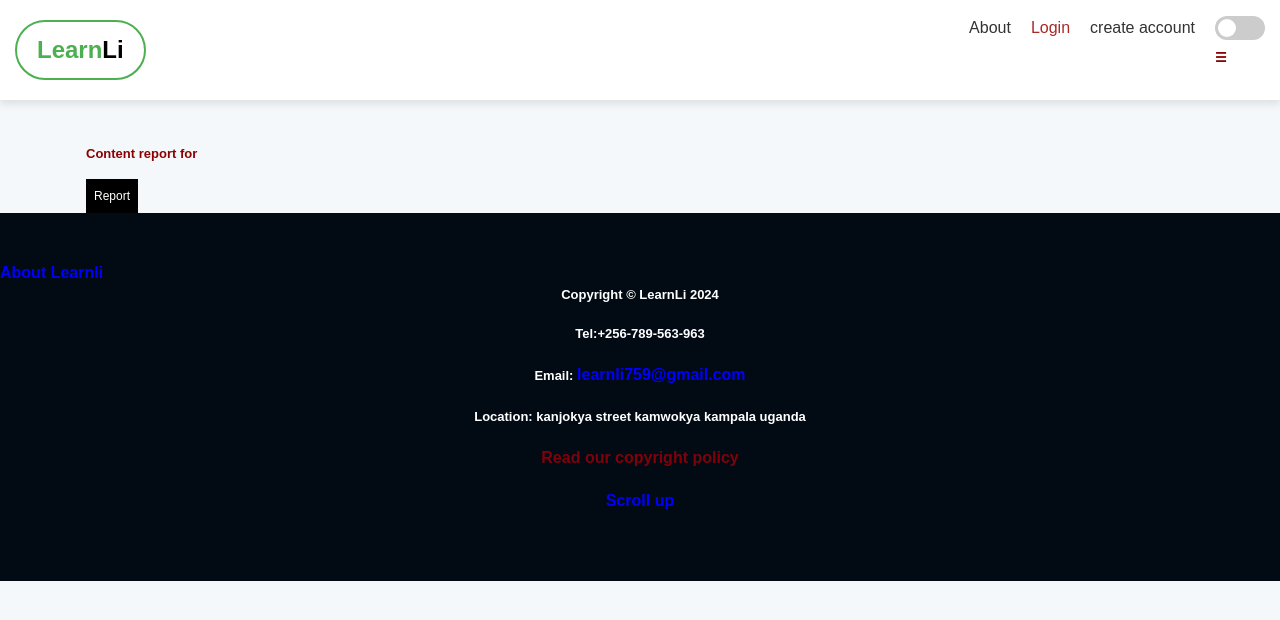
Repository: Learnli23/Learnli
Page: Learnli/users/templates/report.html
The author's editor kept a copy of each file at every save. The page is drawn from the files as they stood at one save, then again after the next save.
The browser window is 1280 px wide. The pictures show the whole page.
The template is drawn by Django 2.2. The application's start-up code is not run. Other server files are loaded and not shown. The template is opened directly, without the code that normally fills it, so the values that code supplies are empty.

Above is the page before, as saved 2024-12-04 21:13:21.

### Learnli/users/templates/report.html
{% extends "base.html" %}
{% block content %}

  <p>Content report for</p>
  <form method="post" enctype="multipart/form-data">
    {% csrf_token %}
    {{ form.as_p }}

    <button type="submit">Report</button>
  </form>

{% endblock %}

### Learnli/users/templates/narvbar.html
{% load static %}


    <!-- Navbar Container -->
    <nav class="navbar">
        <!-- Logo and Brand Name -->
        <div class="navbar-brand">

            <a href="{% url 'home' %}"> <span class="logo-oval">Learn<span class="brand-highlight">Li</span></span> </a>
        </div>

        <!-- Navbar Links for Desktop -->
        <ul class="navbar-links">
            <li class="nav-item">
              {% if user.is_authenticated %}
              <img class="profile-picture" src="{{ user.profile_image.url }}" alt="" >

                <span class="user-name" style = "color:green;" >{{user}}</span>
              {% endif %}
            </li>
          <!-- showing posts and about if the user is loged in or out respectively--->
            {% if user.is_authenticated and user.subscription_active == True %}
            <li><a href="{% url 'blog_list' %}" >Post</a></li>
            {% else %}
            <li><a href="{% url 'about' %}" >About</a></li>
            {% endif %}
         <!-- show user categories if user is logeg in-->
         {% if user.is_authenticated and user.subscription_active == True %}
            <li class="nav_drop_drown"  style="color: #4CAF50;"><a >Users</a>
                <ul class="dropdown">
                    <li><a href="{% url 'students' %}" style="font-size: small;">Students</a></li>
                    <li><a href="{% url 'teachers' %}" style="font-size: small;">Teachers</a></li>
                    <li><a href="{% url 'institutions' %}" style="font-size: small;">Institutions</a></li>
                    <li><a href="{% url 'profiles' %}" style="font-size: small;">All Users</a></li>
                </ul>
            </li>
            <li><a href="{% url 'profile' user.id %}" >My Profile</a></li>
            {% endif %}
          <!-- show the office ,study or depending on the user type-->
          {% if user.is_student and user.subscription_active == True %}
            <li><a>study</a>
                <ul class="dropdown">
                    <li><a href="{% url 'classes' %}" style="font-size: small;">Courses</a></li>
                    <li><a href="{% url 'my_courses' %}" style="font-size: small;">My courses</a></li>
                    <li><a href="{% url 'exams' %}" style="font-size: small;">Exams</a></li>
                    <li><a href="{% url 'answers' %}" style="font-size: small;">Exams Answers</a></li>
                    <li><a href="{% url 'exam_results' %}" style="font-size: small;">Exam Reults</a></li>
                    <li><a href="{% url 'RegisterforExam' %}" style="font-size: small;">Register for Exam</a></li>
                    <li><a href="{% url 'test_answers' %}" style="font-size: small;">Test Answers</a></li>
                    <li><a href="{% url 'test_results' %}" style="font-size: small;">Test Reults</a></li>
                </ul>
            </li>
          <!-- show the  communication elements for aloged in student-->
          <li><a>communication</a>
            <ul class="dropdown">
                <li><a href="{% url 'compose' %}" style="font-size: small;">messages</a></li>
                <li><a href="{% url 'inbox' %}" style="font-size: small;">inbox</a></li>
                <li><a href="{% url 'outbox' %} " style="font-size: small;">outbox</a></li>
                <li><a href="{% url 'calendar' %}" style="font-size: small;">Events</a></li>
                <li><a href="{% url 'add_event' %}" style="font-size: small;">Add event</a></li>
                <li><a href="{% url 'create_blog' %}" style="font-size: small;">create blog</a></li>
            </ul>
        </li>
        <!--show library for the student if loged in-->
        <li><a>Library</a>
          <ul class="dropdown">
              <li><a href="{% url 'profile_library' user.id %}" style="font-size: small;">My Uploaded books</a></li>
              <li><a href="{% url 'book_list' %}" style="font-size: small;">Ebooks</a></li>
              <li><a href="{% url 'content_list' %} " style="font-size: small;">uploaded books</a></li>
              <li><a href="{% url 'upload_content' %}" style="font-size: small;">upload book</a></li>
            </ul>
      </li>
        {% endif %}

        <!---- show office for teacher if loged in--->
        {% if user.is_teacher and user.subscription_active == True %}
        <li><a>office</a>
          <ul class="dropdown">
              <li><a href="{% url 'classes' %}" style="font-size: small;">Courses</a></li>
              <li><a href="{% url 'my_courses' %}" style="font-size: small;">My courses</a></li>
              <li><a href="{% url 'create_class' %}" style="font-size: small;">create course</a></li>
              <li><a href="{% url 'subjects' %}" style="font-size: small;">course units</a></li>
              <li><a href="{% url 'create_subject' %} " style="font-size: small;">create course unit</a></li>
              <li><a href="{% url 'lessons' %}" style="font-size: small;">lessons</a></li>
              <li><a href="{% url 'create_lesson' %}" style="font-size: small;">create lesson</a></li>

          </ul>
      </li>
      <!--show teacher's library if loged in-->
      <li><a>Library</a>
        <ul class="dropdown">
          <li><a   href="{% url 'profile_books' user.id %}"  style="  font-size: small;">  My Ebooks </a></li>
          <li><a   href="{% url 'profile_library' user.id %}" style=" font-size: small;"> My Uploaded books</a></li>
          <li><a   href="{% url 'book_list' %}" style=" font-size: small;"> Ebooks </a></li>
          <li><a   href="{% url 'content_list' %}"  style="  font-size: small;"> Uploaded books </a></li>
          <li><a   href="{% url 'upload_content' %}"  style=" font-size: small;">Upload Books </a></li>
        </ul>
      </li>
      <!--show teacher's  Examinations if loged in-->
      <li><a>Examinations</a>
        <ul class="dropdown">
          <li><a  href="{% url 'my_exams' %}" style=" font-size: small;">My Exams </a></li>
              <li><a  href="{% url 'exams' %}" style=" font-size: small;">Exams </a></li>
              <li><a   href="{% url 'exam' %}" style=" font-size: small;">creat Exam </a></li>
              <li><a   href="{% url 'answers' %}"  style="font-size: small;">Exams Answers </a></li>
              <li><a   href="{% url 'exam_results' %}" style="  font-size: small;">Exam Reults </a></li>
              <li><a   href="{% url 'RegisterforExam' %}" style="  font-size: small;">Register for Exam </a></li>
              <li><a   href="{% url 'examRegister' %}" style=" font-size: small;">candidates </a></li>
              <li><a  href="{% url 'tests' %}" style=" font-size: small;">Tests </a></li>
              <li><a  href="{% url 'test' %}" tyle="  font-size: small;">creat Test </a></li>
              <li><a  href="{% url 'test_answers' %}" style=" font-size: small;">Test Answers </a></li>
             <li><a  href="{% url 'test_results' %}" style=" font-size: small;">Test Reults </a></li>
        </ul>
      </li>
       <!-- show the teacher's  communication elements if aloged -->
       <li><a>communication</a>
        <ul class="dropdown">
            <li><a href="{% url 'compose' %}" style="font-size: small;">messages</a></li>
            <li><a href="{% url 'inbox' %}" style="font-size: small;">inbox</a></li>
            <li><a href="{% url 'outbox' %} " style="font-size: small;">outbox</a></li>
            <li><a href="{% url 'calendar' %}" style="font-size: small;">Events</a></li>
            <li><a href="{% url 'add_event' %}" style="font-size: small;">Add event</a></li>
            <li><a href="{% url 'create_blog' %}" style="font-size: small;">create blog</a></li>
        </ul>
    </li>
       {% endif %}
       <!--show institution compass if loged in-->
       {% if user.is_institution and user.subscription_active == True %}
       <li><a>compass</a>
        <ul class="dropdown">
            <li><a href="{% url 'classes' %}" style="font-size: small;">Courses</a></li>
            <li><a href="{% url 'my_courses' %}" style="font-size: small;">My courses</a></li>
            <li><a href="{% url 'create_class' %}" style="font-size: small;">create course</a></li>
            <li><a href="{% url 'subjects' %}" style="font-size: small;">course units</a></li>
            <li><a href="{% url 'create_subject' %} " style="font-size: small;">create course unit</a></li>
            <li><a href="{% url 'lessons' %}" style="font-size: small;">lessons</a></li>
            <li><a href="{% url 'create_lesson' %}" style="font-size: small;">create lesson</a></li>

        </ul>
    </li>
    <!--show inmstitution library if loged in-->
    <li><a>Library</a>
      <ul class="dropdown">
        <li><a   href="{% url 'profile_books' user.id %}"  style="  font-size: small;">  My Ebooks </a></li>
        <li><a   href="{% url 'profile_library' user.id %}" style=" font-size: small;"> My Uploaded books</a></li>
        <li><a   href="{% url 'book_list' %}" style=" font-size: small;"> Ebooks </a></li>
        <li><a   href="{% url 'content_list' %}"  style="  font-size: small;"> Uploaded books </a></li>
        <li><a   href="{% url 'upload_content' %}"  style=" font-size: small;">Upload Books </a></li>
      </ul>
    </li>
    <!--show  institution  Examinations if loged in-->
    <li><a>Examinations</a>
      <ul class="dropdown">
        <li><a  href="{% url 'my_exams' %}" style=" font-size: small;">My Exams </a></li>
            <li><a  href="{% url 'exams' %}" style=" font-size: small;">Exams </a></li>
            <li><a   href="{% url 'exam' %}" style=" font-size: small;">creat Exam </a></li>
            <li><a   href="{% url 'answers' %}"  style="font-size: small;">Exams Answers </a></li>
            <li><a   href="{% url 'exam_results' %}" style="  font-size: small;">Exam Reults </a></li>
            <li><a   href="{% url 'RegisterforExam' %}" style="  font-size: small;">Register for Exam </a></li>
            <li><a   href="{% url 'examRegister' %}" style=" font-size: small;">candidates </a></li>
            <li><a  href="{% url 'tests' %}" style=" font-size: small;">Tests </a></li>
            <li><a  href="{% url 'test' %}" tyle="  font-size: small;">creat Test </a></li>
            <li><a  href="{% url 'test_answers' %}" style=" font-size: small;">Test Answers </a></li>
           <li><a  href="{% url 'test_results' %}" style=" font-size: small;">Test Reults </a></li>
      </ul>
    </li>
     <!-- show the institution  communication elements if aloged -->
     <li><a>communication</a>
      <ul class="dropdown">
          <li><a href="{% url 'compose' %}" style="font-size: small;">messages</a></li>
          <li><a href="{% url 'inbox' %}" style="font-size: small;">inbox</a></li>
          <li><a href="{% url 'outbox' %} " style="font-size: small;">outbox</a></li>
          <li><a href="{% url 'calendar' %}" style="font-size: small;">Events</a></li>
          <li><a href="{% url 'add_event' %}" style="font-size: small;">Add event</a></li>
          <li><a href="{% url 'create_blog' %}" style="font-size: small;">create blog</a></li>
      </ul>
  </li>
  {% endif %}

  {% if user.is_authenticated %}
  <li><a href="{% url 'logout' %}"style="color:brown;">Logout</a></li>
  {% if user.subscription_active == False  %}
  <li><a href="{% url 'subscription_page' %}"><strong style="color:black; font-size:medium;">subscribe </a></li>
  {% endif %}
  <!-- show login if user  loged out-->
  {% else %}
  <li><a href="{% url 'login' %}"style="color:brown;">Login</a></li>
  <!--show creating account if user loged out-->
  <li><a >create account</a>
    <ul class="dropdown">
      <li><a  href="{% url 'register_student' %}" style="color: darkblue ; font-size: small;;">student account </a></li>
      <li><hr class="dropdown-divider"></li>
      <li><a   href=" {% url 'register_teacher' %}"><strong style="color:black ; font-size: small;;">teacher account </a></li>
      <li><hr class="dropdown-divider"></li>
      <li><a  href="{% url 'register_institution' %}"><strong style="color:darkred; font-size: small;;">institution account </a></li>
    </ul>
</li>
<!-- show subscribe if user subscription is expired-->


{% endif %}




      <!-- Dark/Light Mode Toggle and Mobile Menu Icon -->
        <div class="navbar-actions">
            <label class="switch">
                <input type="checkbox" id="darkModeToggle">
                <span class="slider round"></span>
            </label>
            <div class="menu-icon" onclick="toggleMobileMenu()">☰</div>
        </div>
    </nav>



    <!-- JavaScript for Dark Mode and Mobile Menu -->
    <script>
        const darkModeToggle = document.getElementById('darkModeToggle');
        darkModeToggle.addEventListener('change', () => {
            document.body.classList.toggle('dark-mode');
        });

        function toggleMobileMenu() {
            document.querySelector('.navbar-links').classList.toggle('active');
        }
    </script>

 <style>


  /* Basic Reset */
  * {
      margin: 0;
      padding: 0;
      box-sizing: border-box;
  }

  /* Body Styling */
  body {
      font-family: Arial, sans-serif;
      transition: background-color 0.3s, color 0.3s;
  }

  .dark-mode {
      background-color: #121212;
      color:grey;
  }

  /* Navbar Styling */
  .navbar {
      display: flex;
      justify-content: space-between;
      align-items: center;
      padding: 15px;
      background-color: #ffffff;
      box-shadow: 0px 4px 8px rgba(0, 0, 0, 0.1);
      position: sticky;
      top: 0;
      width: 100%;
      z-index: 10;
      }

   .logo-oval {
      padding: 10px 20px;
      border: 2px solid #4CAF50;
      border-radius: 50px; /* Creates the oval shape */
      font-weight: bold;
      color: #4CAF50;
      font-size: 24px;
      display: inline-block;
      background-color: #ffffff; /* Optional: Set background color */
      transition: all 0.3s;
  }

  .logo-oval .brand-highlight {
      color: #333333;
  }

  .logo-oval:hover {
      background-color: #4CAF50;
      color: #ffffff;
      border-color: #4CAF50;
  }


  }

  .navbar .navbar-brand .logo {
      font-weight: bold;
      color:green;
      font-size: 24px;
  }

  .navbar .brand-highlight {
      color:black;
  }

  .navbar-links {
      list-style: none;
      display: flex;
      gap: 20px;
  }

  .navbar-links .nav-item {
      display: flex;
      align-items: center;
  }

  .navbar-links .nav-item .profile-picture {
      width: 40px;
      height: 40px;
      border-radius: 50%;
      background-color: #ddd;
      margin-right: 10px;
  }

  .navbar-links a {
      color: #333333;
      text-decoration: none;
      font-weight: 500;
      transition: color 0.3s;
  }

  .navbar-links a:hover {
      color: #4CAF50;
  }

  /* Dropdown Menu */
  .dropdown {
      display: none;
      position: absolute;
      background-color: white;
      box-shadow: 0px 8px 16px rgba(0, 0, 0, 0.2);
      list-style: none;
      padding: 10px;
      margin-top: 8px;
  }

  .navbar-links li:hover .dropdown {
      display: block;
  }

  /* Dark Mode Toggle */
  .navbar-actions .switch {
      position: relative;
      display: inline-block;
      width: 50px;
      height: 24px;
  }

  .switch input {
      opacity: 0;
      width: 0;
      height: 0;
  }

  .slider {
      position: absolute;
      cursor: pointer;
      top: 0;
      left: 0;
      right: 0;
      bottom: 0;
      background-color: #ccc;
      transition: 0.4s;
      border-radius: 24px;
  }

  .slider:before {
      position: absolute;
      content: "";
      height: 18px;
      width: 18px;
      left: 3px;
      bottom: 3px;
      background-color: white;
      transition: 0.4s;
      border-radius: 50%;
  }

  input:checked + .slider {
      background-color: #4CAF50;
  }

  input:checked + .slider:before {
      transform: translateX(26px);
  }

  /* Responsive Mobile Styling */
  @media (max-width: 768px) {
      .navbar-links {
          display: none;
          flex-direction: column;
          width: 100%;
          position: absolute;
          top: 60px;
          background-color: #ffffff;
          box-shadow: 0px 8px 16px rgba(0, 0, 0, 0.1);
      }

      .navbar-links.active {
          display: flex;
      }

      .menu-icon {
          font-size: 28px;
          cursor: pointer;
          color: #333333;
      }
  }

  <style/>

Loaded but not shown: Learnli/users/templates/base.html (1665 lines, source omitted)

After the next save:
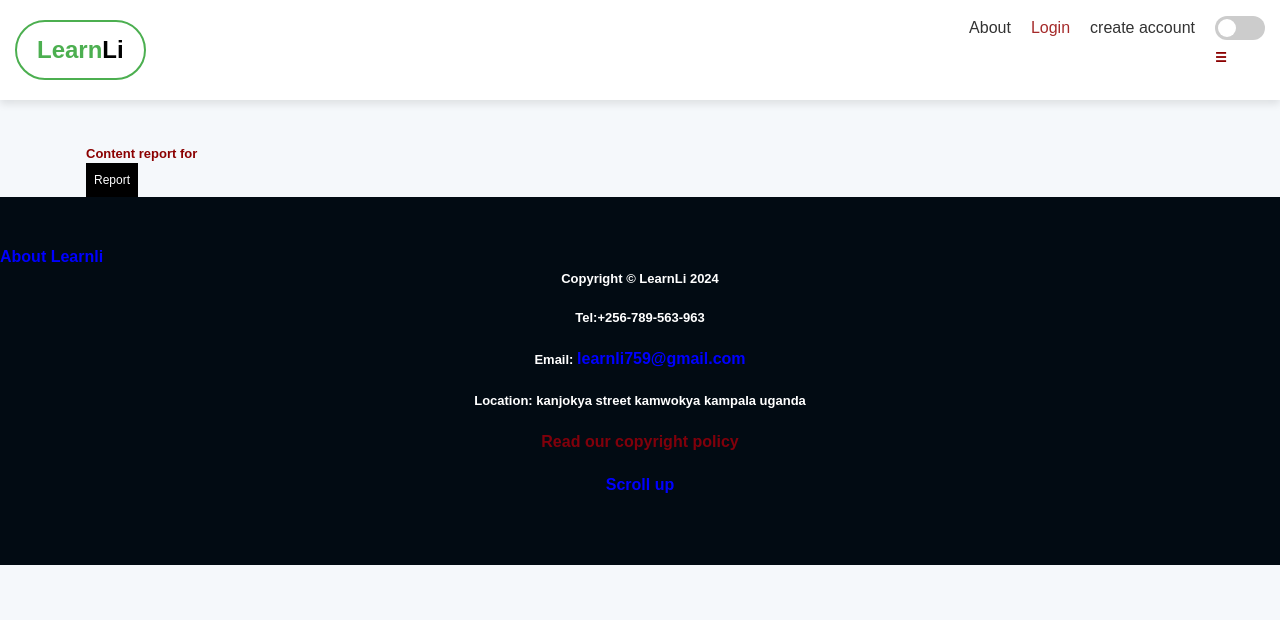
Saved 36 s later.
--- a/Learnli/users/templates/report.html
+++ b/Learnli/users/templates/report.html
@@ -1,7 +1,7 @@
 {% extends "base.html" %}
 {% block content %}
 
-  <p>Content report for</p>
+  <strong style="font-size: small;">Content report for</strong>
   <form method="post" enctype="multipart/form-data">
     {% csrf_token %}
     {{ form.as_p }}
